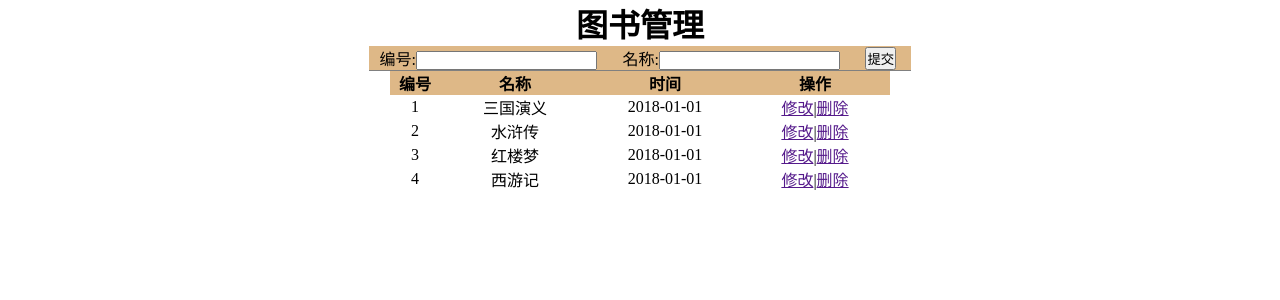
Repository: chenguocan/Vue_demo_1
Page: vue_demo_03/图书管理.html
These files come from the project's save history. The page is drawn as it stood at one moment and after the next save; the edit follows.
The browser window is 1280 px wide. The pictures show the whole page.

Above is the page before, as saved 2020-07-22 10:51:41.

After the next save:
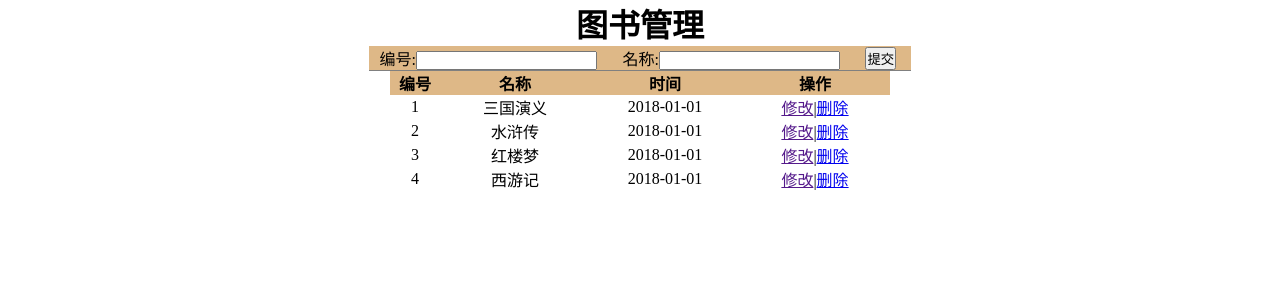
Saved 15 s later.
--- a/vue_demo_03/图书管理.html
+++ b/vue_demo_03/图书管理.html
@@ -71,8 +71,8 @@
                 <td>{{item.date | format(item.date)}}</td>
                 <td>
                   <a href="" @click.prevent="">修改</a>|<a
-                    href=""
-                    @click.prevent="del(index)"
+                    href="#"
+                    @click="del(index)"
                     >删除</a
                   >
                 </td>
